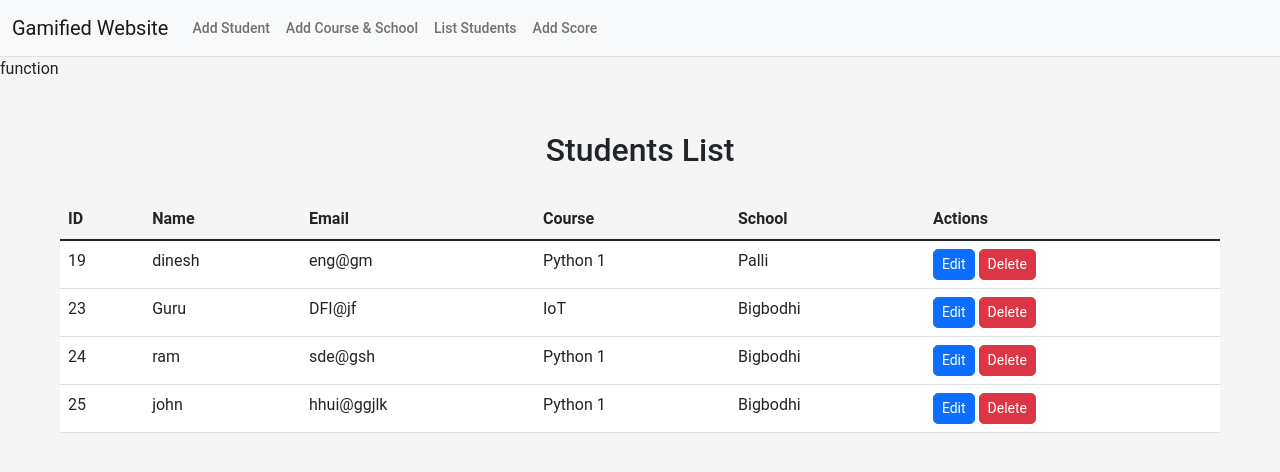
Repository: bigbodhiacademy/gBoard
Page: http://localhost/list_students.php
The author's editor kept a copy of each file at every save. The page is drawn from the files as they stood at one save, then again after the next save.
The browser window is 1280 px wide. The pictures show the whole page.
The page is run by PHP 8.4 with error messages shown; the project is at /var/www/html/. The database holds what the project's SQL file puts in it.

Above is the page before, as saved 2023-04-20 19:32:56.
Not found: scripts.js

### list_students.php
<?php require_once("header.php"); ?>
<?php require_once("functions.php"); ?>

<div class="container">
    <h2 class="text-center">Students List</h2>
    <?php
    $students = getStudents();
    if ($students) {
    ?>
        <table class="table">
            <thead>
                <tr>
                    <th>ID</th>
                    <th>Name</th>
                    <th>Email</th>
                    <th>Course</th>
                    <th>School</th>
                    <th>Actions</th>
                </tr>
            </thead>
            <tbody>
                <?php
                foreach ($students as $student) {
                    $course = getCourseById($student['course_id']);
                    $school = getSchoolById($student['school_id']);
                ?>
                    <tr>
                        <td><?php echo $student['id']; ?></td>
                        <td><?php echo $student['name']; ?></td>
                        <td><?php echo $student['email']; ?></td>
                        <td><?php echo $course['name']; ?></td>
                        <td><?php echo $school['name']; ?></td>
                        <td>
                            <a href="edit_student.php?id=<?php echo $student['id']; ?>" class="btn btn-sm btn-primary">Edit</a>
                            <a href="delete_student.php?id=<?php echo $student['id']; ?>" class="btn btn-sm btn-danger" onclick="return confirm('Are you sure you want to delete this student?')">Delete</a>
                        </td>
                    </tr>
                <?php
                }
                ?>
            </tbody>
        </table>
    <?php
    } else {
    ?>
        <p class="text-center">No students found.</p>
    <?php
    }
    ?>
</div>

<?php require_once("footer.php"); ?>

### header.php
<!DOCTYPE html>
<html lang="en">

<head>
    <meta charset="UTF-8">
    <meta name="viewport" content="width=device-width, initial-scale=1.0">
    <title>LeaderBoard</title>
    <link href="https://cdn.jsdelivr.net/npm/bootstrap@5.1.3/dist/css/bootstrap.min.css" rel="stylesheet">
    <link rel="stylesheet" href="styles.css">
</head>

<body>
    <nav class="navbar navbar-expand-lg navbar-light bg-light">
        <div class="container-fluid">
            <a class="navbar-brand" href="index.php">Gamified Website</a>
            <button class="navbar-toggler" type="button" data-bs-toggle="collapse" data-bs-target="#navbarNav" aria-controls="navbarNav" aria-expanded="false" aria-label="Toggle navigation">
                <span class="navbar-toggler-icon"></span>
            </button>
            <div class="collapse navbar-collapse" id="navbarNav">
                <ul class="navbar-nav">
                    <li class="nav-item">
                        <a class="nav-link" href="add_student.php">Add Student</a>
                    </li>
                    <li class="nav-item">
                        <a class="nav-link" href="add_school_course.php">Add Course & School</a>
                    </li>
                    <li class="nav-item">
                        <a class="nav-link" href="list_students.php">List Students</a>
                    </li>
                    <li class="nav-item">
                        <a class="nav-link" href="add_score.php">Add Score</a>
                    </li>
                </ul>
            </div>
        </div>
    </nav>

### functions.php
<?php
include 'db_connection.php';
echo "function";
if ($_SERVER['REQUEST_METHOD'] == 'POST') {
  if (isset($_POST['action'])) {
      $action = $_POST['action'];
      if ($action == 'add_student') {
          $name = $_POST['student_name'];
          $email = $_POST['email'];
          $course_id = $_POST['course_id'];
          $school_id = $_POST['school_id'];
          //print_r($name,$school_id);
          addStudent($name, $email, $course_id, $school_id);
          header('Location: add_student.php?message=Student+Added');
          exit();
      } elseif ($action == 'add_course') {
          $course_name = $_POST['course_name'];
          $course_description = $_POST['course_description'];
          addCourse($course_name, $course_description);
          header('Location: add_school_course.php?message=Course+Added');
          exit();
      }elseif ($action == 'add_school') {
        $school_name = $_POST['school_name'];
        $location = $_POST['location'];
        addSchool($school_name, $location);
        header('Location: add_school_course.php?message=School+Added');
        exit();
      }elseif ($action == 'edit_student') {
        $student_id = $_POST['student_id'];
        $name = $_POST['student_name'];
        $email = $_POST['email'];
        $course_id = $_POST['course_id'];
        $school_id = $_POST['school_id'];

        editStudent($student_id, $name, $email, $course_id, $school_id);

        header('Location: list_students.php');
        exit();
      }elseif($action == 'add_score'){
        $student_id = $_POST['student_id'];
            $date = $_POST['date'];
            $category1 = $_POST['category1'];
            $category2 = $_POST['category2'];
            $category3 = $_POST['category3'];
            $category4 = $_POST['category4'];
            addScore($student_id, $date, $category1, $category2, $category3, $category4);
            header('Location: add_score.php');
            exit();
      }
  }
}
if ($_SERVER['REQUEST_METHOD'] == 'GET') {
  if (isset($_GET['action'])) {
    $action = $_GET['action'];
    if($action == 'delete_student'){
      $student_id = $_GET['id'];
      print_r($student_id);
      deleteStudent($student_id);
      header('Location: list_students.php');
      exit();
    }
  }
}


function addSchool($school_name, $location) {
  $conn = getConnection();

  $stmt = $conn->prepare("INSERT INTO schools (name, location) VALUES (?, ?)");
  $stmt->bind_param("ss", $school_name, $location);

  $stmt->execute();

  $stmt->close();
  $conn->close();
}

function getSchools() {
  global $conn;
  $schools = array();

  $query = "SELECT * FROM schools";
  $result = mysqli_query($conn, $query);

  if (mysqli_num_rows($result) > 0) {
      while ($row = mysqli_fetch_assoc($result)) {
          $schools[] = $row;
      }
  }

  return $schools;
}

function getSchoolById($school_id) {
  global $conn;
  $sql = "SELECT * FROM schools WHERE id = ?";
  $stmt = $conn->prepare($sql);
  $stmt->bind_param("i", $school_id);
  $stmt->execute();
  $result = $stmt->get_result();
  return $result->fetch_assoc();
}



function addCourse($course_name, $course_description) {
  global $conn;
  $date_added = date('Y-m-d');
  $sql = "INSERT INTO courses (name, description, date_added) VALUES (?, ?, ?)";

  $stmt = $conn->prepare($sql);
  $stmt->bind_param("sss", $course_name, $course_description, $date_added);
  $stmt->execute();
  $stmt->close();
  $conn->close();
}
function getCourseById($course_id) {
  global $conn;
  $sql = "SELECT * FROM courses WHERE id = ?";
  $stmt = $conn->prepare($sql);
  $stmt->bind_param("i", $course_id);
  $stmt->execute();
  $result = $stmt->get_result();
  return $result->fetch_assoc();
}


function editStudent($student_id, $name, $email, $course_id, $school_id) {
  global $conn;
  $query = "UPDATE students SET name = ?, email = ?, course_id = ?, school_id = ? WHERE id = ?";
  $stmt = mysqli_prepare($conn, $query);
  mysqli_stmt_bind_param($stmt, 'ssiii', $name, $email, $course_id, $school_id, $student_id);
  mysqli_stmt_execute($stmt);
}

function getStudentsWithCourseName() {
  $students = array();
  global $conn;

  $sql = "SELECT students.id, students.name, students.email, courses.name as course_name
          FROM students
          INNER JOIN courses ON students.course_id = courses.id";

  $result = $conn->query($sql);

  if ($result->num_rows > 0) {
      while ($row = $result->fetch_assoc()) {
          $students[] = $row;
      }
  }
  $conn->close();

  return $students;
}

function getStudentById($student_id) {
  global $conn;
  $query = "SELECT * FROM students WHERE id = ?";
  $stmt = mysqli_prepare($conn, $query);
  mysqli_stmt_bind_param($stmt, 'i', $student_id);
  mysqli_stmt_execute($stmt);
  $result = mysqli_stmt_get_result($stmt);
  return mysqli_fetch_assoc($result);
}


function addStudent($name, $email, $course_id, $school_id) {
  global $conn;
  //echo "add student";
  //print_r($name,$course_id);
  $stmt = $conn->prepare("INSERT INTO students (name, email, course_id, school_id) VALUES (?, ?, ?, ?)");
  $stmt->bind_param("ssii", $name, $email, $course_id, $school_id);

  $stmt->execute();

  $stmt->close();
  $conn->close();
}


/*function editStudent($id, $name, $email, $course_id) {
  global $conn;

  $stmt = $conn->prepare("UPDATE students SET name = ?, email = ?, course_id = ? WHERE id = ?");
  $stmt->bind_param("ssii", $name, $email, $course_id, $id);

  return $stmt->execute();
}*/

function deleteStudent1($id) {
  global $conn;

  $stmt = $conn->prepare("DELETE FROM students WHERE id = ?");
  $stmt->bind_param("i", $id);

  $stmt->execute();
  $stmt->close();
  $conn->close();
}
function deleteStudent($student_id) {
  global $conn;
  $query = "DELETE FROM students WHERE id = ?";
  $stmt = mysqli_prepare($conn, $query);
  mysqli_stmt_bind_param($stmt, 'i', $student_id);
  mysqli_stmt_execute($stmt);
}


function getStudents() {
  global $conn;

  $result = $conn->query("SELECT * FROM students");
  return $result->fetch_all(MYSQLI_ASSOC);
}

function getCourses() {
  global $conn;

  $result = $conn->query("SELECT * FROM courses");
  return $result->fetch_all(MYSQLI_ASSOC);
}

function addScore($student_id, $date, $category1, $category2, $category3, $category4) {
  global $conn;
  $query = "INSERT INTO scores (student_id, date, category1, category2, category3, category4) VALUES (?, ?, ?, ?, ?, ?)";
  $stmt = mysqli_prepare($conn, $query);
  mysqli_stmt_bind_param($stmt, 'isiiii', $student_id, $date, $category1, $category2, $category3, $category4);
  mysqli_stmt_execute($stmt);
}


?>

### db_connection.php
<?php
$servername = "localhost"; // Replace with your MySQL server address if it's not "localhost"
$username = "root"; // Replace with your MySQL username
$password = ""; // Replace with your MySQL password
$dbname = "leaderboard4";

// Create connection
$conn = new mysqli($servername, $username, $password, $dbname);

// Check connection
if ($conn->connect_error) {
  die("Connection failed: " . $conn->connect_error);
}
?>

### footer.php
<script src="https://code.jquery.com/jquery-3.6.0.min.js"></script>
    <script src="https://cdn.jsdelivr.net/npm/@popperjs/core@2.11.6/dist/umd/popper.min.js"></script>
    <script src="https://cdn.jsdelivr.net/npm/bootstrap@5.1.3/dist/js/bootstrap.min.js"></script>
    <script src="scripts.js"></script>
</body>

</html>

### styles.css
body {
    font-family: 'Roboto', sans-serif;
    background-color: #f5f5f5;
}

.container {
    max-width: 1200px;
    margin: 0 auto;
    padding: 50px 20px;
}

h2 {
    font-weight: 500;
    margin-bottom: 30px;
}

.btn {
    border-radius: 5px;
}

.navbar {
    border-bottom: 1px solid #e0e0e0;
}

.nav-link {
    font-size: 14px;
    font-weight: 500;
}

.form-group {
    margin-bottom: 20px;
}

.table {
    background-color: #fff;
    border-radius: 5px;
}

.table thead {
    background-color: #f5f5f5;
}

### leaderboard4.sql (the tables this page reads)
CREATE TABLE `courses` (
  `id` int(11) NOT NULL,
  `name` varchar(255) NOT NULL,
  `description` text NOT NULL,
  `date_added` date NOT NULL
) ENGINE=InnoDB DEFAULT CHARSET=utf8mb4;

INSERT INTO `courses` (`id`, `name`, `description`, `date_added`) VALUES
(1, 'Python 1', 'Core Python ', '2023-04-20'),
(2, 'IoT', 'Internet', '2023-04-20'),
(3, 'IoT 2', 'Internet', '2023-04-20');

ALTER TABLE `courses`
  ADD PRIMARY KEY (`id`);

ALTER TABLE `courses`
  MODIFY `id` int(11) NOT NULL AUTO_INCREMENT, AUTO_INCREMENT=4;

CREATE TABLE `schools` (
  `id` int(11) NOT NULL,
  `name` varchar(255) NOT NULL,
  `location` varchar(255) NOT NULL
) ENGINE=InnoDB DEFAULT CHARSET=utf8mb4;

INSERT INTO `schools` (`id`, `name`, `location`) VALUES
(1, 'Bigbodhi', 'Nehru'),
(2, 'Palli', 'Cbe');

ALTER TABLE `schools`
  ADD PRIMARY KEY (`id`);

ALTER TABLE `schools`
  MODIFY `id` int(11) NOT NULL AUTO_INCREMENT, AUTO_INCREMENT=3;

CREATE TABLE `students` (
  `id` int(11) NOT NULL,
  `name` varchar(255) NOT NULL,
  `email` varchar(255) NOT NULL,
  `course_id` int(11) NOT NULL,
  `school_id` int(11) NOT NULL
) ENGINE=InnoDB DEFAULT CHARSET=utf8mb4;

INSERT INTO `students` (`id`, `name`, `email`, `course_id`, `school_id`) VALUES
(19, 'dinesh', 'eng@gm', 1, 2),
(23, 'Guru', 'DFI@jf', 2, 1),
(24, 'ram', 'sde@gsh', 1, 1),
(25, 'john', 'hhui@ggjlk', 1, 1);

ALTER TABLE `students`
  ADD PRIMARY KEY (`id`),
  ADD KEY `course_id` (`course_id`),
  ADD KEY `school_id` (`school_id`);

ALTER TABLE `students`
  MODIFY `id` int(11) NOT NULL AUTO_INCREMENT, AUTO_INCREMENT=26;

ALTER TABLE `students`
  ADD CONSTRAINT `students_ibfk_1` FOREIGN KEY (`course_id`) REFERENCES `courses` (`id`),
  ADD CONSTRAINT `students_ibfk_2` FOREIGN KEY (`school_id`) REFERENCES `schools` (`id`);

After the next save:
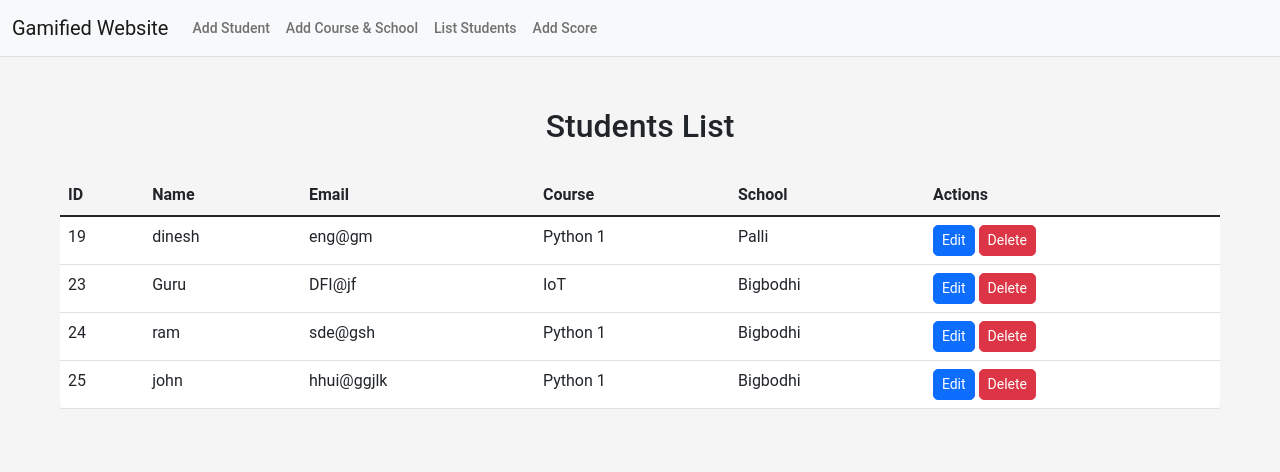
Saved 8 s later.
--- a/functions.php
+++ b/functions.php
@@ -1,6 +1,5 @@
 <?php
 include 'db_connection.php';
-echo "function";
 if ($_SERVER['REQUEST_METHOD'] == 'POST') {
   if (isset($_POST['action'])) {
       $action = $_POST['action'];
